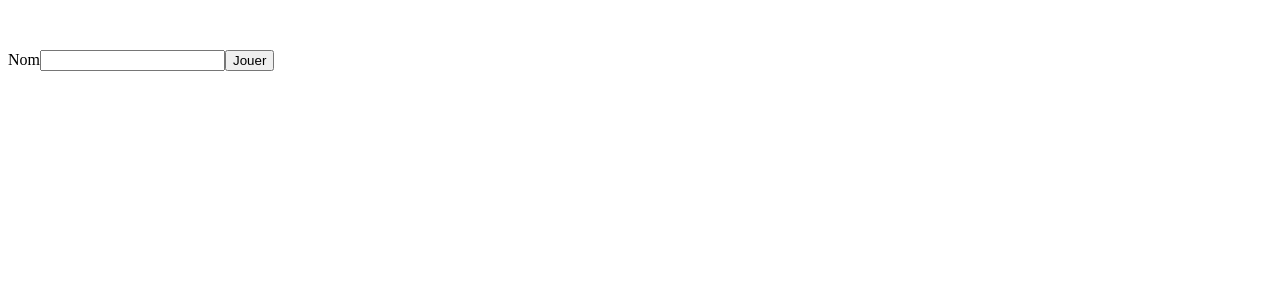
Repository: Serge-D/jeu_mj
Page: http://localhost/
These files come from the project's save history. The page is drawn as it stood at one moment and after a run of saves; the edit follows.
The browser window is 1280 px wide. The pictures show the whole page.
The page is served by the project's Node server (server.js).

Above is the page before, as saved 2020-02-06 12:33:46.

### views/home.pug
include includes/head.pug

#formulaire
form(action='' method='post')
    label(for='name') Nom
    input#nameJ1(type='text' name='name')
    input(type='submit' value='Jouer')

### views/includes/head.pug
doctype html
head
  meta(charset='UTF-8')
  link(rel='stylesheet' href='/css/jeu.css')
  title Quiz Multi joueurs
header
  h1

### server.js
"use strict";

const express = require("express");
const session = require("express-session");
const cookieParser = require("cookie-parser");
const MongoClient = require("mongodb").MongoClient;
const app = express();

app.set("view engine", "pug");
app.use("/css",express.static(__dirname+"/src/css"));


app.get("/", function(req, res){
    res.render("home");
})








app.listen(8080, function(){
    console.log("Serveur Démarré");
});

### src/css/jeu.css
/* header */

h1 {
    color: black;
    text-align: center;
    margin-block-start: 0;
}

ul {
    display: flex;
    flex-direction: row;
    justify-content: space-around;
    list-style-type: none;

}

a{
    text-decoration: none;
    font-size: 25px;
    font-family: 'Comic Sans MS',serif;
    color: black;
}

/* section */

#formulaire {
    text-align: center;
    margin-top: 50px;
}

#fenetreDeJeu {
    font-family: 'Comic Sans MS',serif;
    margin-left: auto;
    margin-right: auto;
    margin-top: 90px;
    width: 1200px;
    border: 2px solid black;
    height: 700px;
    position: relative;
}

#numQuestion {
    width: 200px;
    height: 25px;
    border: 2px solid green;
    border-radius: 10px;
    font-size: 18px;
    margin-top: 10px;
    margin-left: auto;
    margin-right: auto;
    text-align: center;
}

#theme {
    width: 350px;
    height: 28px;
    border: 2px solid green;
    border-radius: 10px;
    font-size: 22px;
    margin-top: 10px;
    margin-left: auto;
    margin-right: auto;
    text-align: center;
}

#question {
    width: 950px;
    height: 50px;
    border: 2px solid green;
    border-radius: 10px;
    font-size: 2.1em;
    margin-top: 50px;
    margin-left: auto;
    margin-right: auto;
    text-align: center;
}


#reponseA {
    width: 500px;
    height: 60px;
    border : 2px solid greenyellow;
    border-radius: 50px;
    font-size: 40px;
    margin-top: 25px;
    margin-left: auto;
    margin-right: auto;
    text-align: center;
}

#reponseB {
    width: 500px;
    height: 60px;
    border : 2px solid greenyellow;
    border-radius: 50px;
    font-size: 40px;
    margin-top: 25px;
    margin-left: auto;
    margin-right: auto;
    text-align: center;
}

#reponseC {
    width: 500px;
    height: 60px;
    border : 2px solid greenyellow;
    border-radius: 50px;
    font-size: 40px;
    margin-top: 25px;
    margin-left: auto;
    margin-right: auto;
    text-align: center;
}

#reponseD {
    width: 500px;
    height: 60px;
    border : 2px solid greenyellow;
    border-radius: 50px;
    font-size: 40px;
    margin-top: 25px;
    margin-left: auto;
    margin-right: auto;
    text-align: center;
}

#anecdote {
    width: 1100px;
    height: 50px;
    border: 2px solid blue;
    border-radius: 10px;
    margin-right: auto;
    margin-left: auto;
    margin-top: 40px;
}

After the next 2 saves:
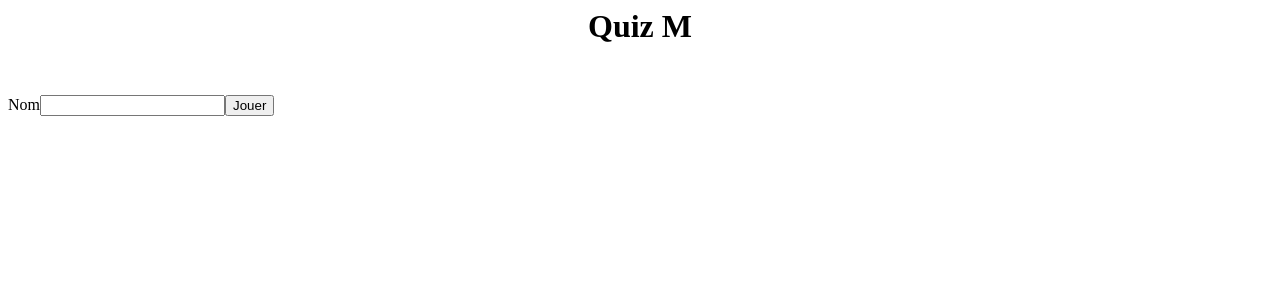
The 2 saves are shown as one change because they came seconds apart.
The last was saved 7 s later.
--- a/views/includes/head.pug
+++ b/views/includes/head.pug
@@ -4,4 +4,4 @@ head
   link(rel='stylesheet' href='/css/jeu.css')
   title Quiz Multi joueurs
 header
-  h1
+  h1 Quiz M
